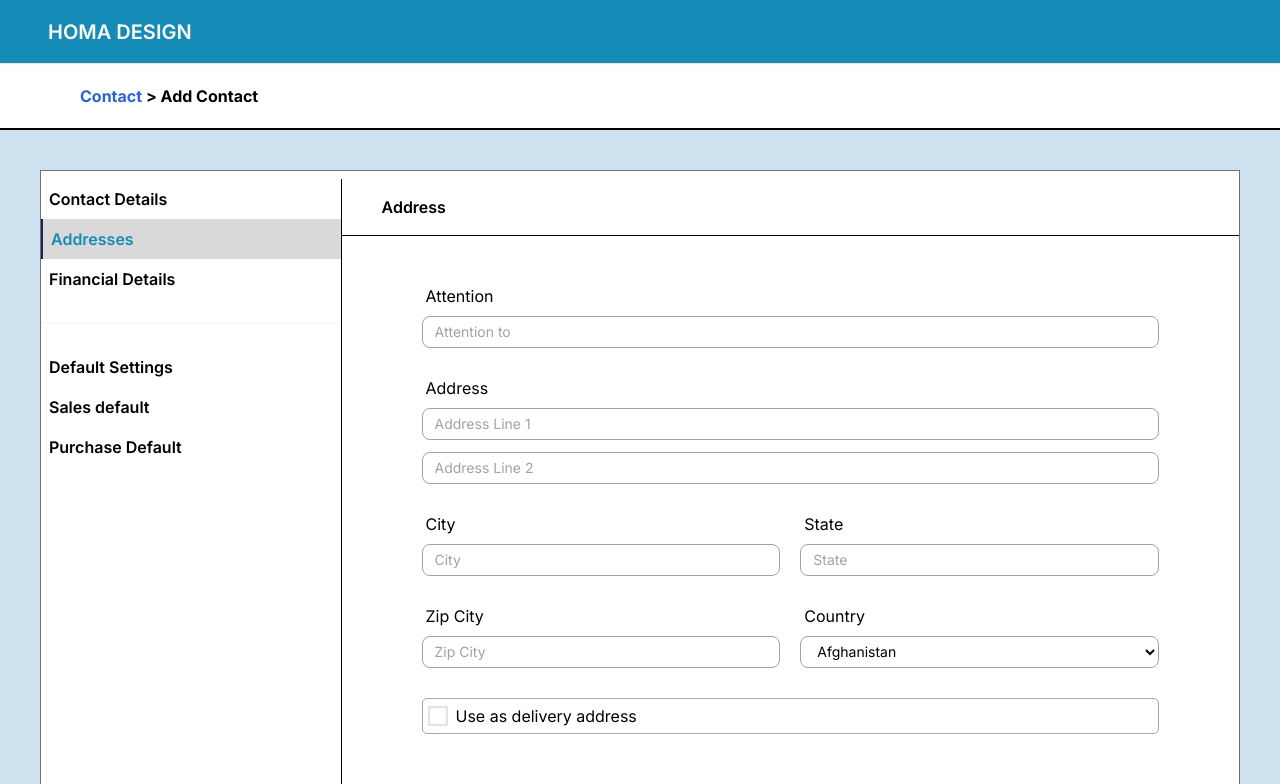
Repository: khairul35/homa-FE
Page: /contact
An editor plug-in stored every save of this project. The page is shown before and after the next save, followed by the edit.
The browser window is 1280 px wide. The pictures show the whole page.
An inner scrolling area shows only its first screen. The project was rebuilt for these pictures with package versions that can differ from the ones it lists, and the page was loaded fresh each time. The framework's server and built-in components were replaced by stand-ins that run in the browser. Also part of the build but not shown: next.config.js, app/components/layout/header/BusinessMenu.tsx, app/components/layout/header/CompanyMenu.tsx, app/contact/index.component.tsx, app/contact/form/contact-details/index.module.css, app/contact/form/contact-details/index.component.tsx, app/contact/form/contact-details/index.tsx.

Above is the page before, as saved 2024-01-07 21:29:51.

### app/layout.tsx
import type { Metadata } from 'next'
import { Inter } from 'next/font/google'
import Header from './components/layout/Header';
import './globals.css'

const inter = Inter({ subsets: ['latin'] })

export const metadata: Metadata = {
  title: 'MyAccount2U',
  description: 'Accounting System',
}

export default function RootLayout({
  children,
}: {
  children: React.ReactNode
}) {
  return (
    <html lang="en">
      <body className={inter.className}>
        <div className='flex flex-col h-screen'>
          <Header />
          {children}
        </div>
      </body>
    </html>
  )
}

### app/contact/page.tsx
'use client';
import { useState } from 'react';
import { ComponentProps, Contact } from './index.props';
import Component from './index.component';
import ContactForm from './form';
import { FormProps } from './form/index.props';

const emptySelectedContact: Contact = {
    id: null,
    name: '',
    accountNumber: '',
    youOwe: null,
    theyOwe: null,
    status: 'Active',
    type: 'Customers',
    website: null,
    registrationNumber: null,
    notes: null,
    isBillingSameAsDelivery: false,
    organizationId: null,
    contactPhoneNumber: [
        {
            countryCode: '+60',
            number: '',
        },
    ],
    contactPrimaryPerson: [
        {
            firstName: '',
            lastName: '',
            email: '',
        },
    ],
};

const Contact = () => {
    const [currentTab, setCurrentTab] = useState('all');
    const [show, setShow] = useState<'list'|'form'>('form');
    const [selectedContact, setSelectedContact] = useState<Partial<Contact>>(emptySelectedContact)
    const selectedStyle = {
        backgroundColor: '#ECECEC',
        borderBottom: '3px solid #158BB8',
    };

    const onClickAddContact = () => {
        setSelectedContact(emptySelectedContact)
        setShow('form');
    };

    // Function to handle changes in contact name or account number
    const handleContactChange = (e: React.ChangeEvent<HTMLInputElement>) => {
        const { name, value } = e.target;
        setSelectedContact({
            ...selectedContact,
            [name]: value,
        });
    };

    // Function to handle changes in primary person's details
    const handlePrimaryPersonChange = (index: number, field: string, value: string) => {
        const updatedPrimaryPersons = [...(selectedContact?.contactPrimaryPerson || [])];
        updatedPrimaryPersons[index] = {
            ...updatedPrimaryPersons[index],
            [field]: value,
        };
        setSelectedContact({
            ...selectedContact,
            contactPrimaryPerson: updatedPrimaryPersons,
        });
    };

    // Function to handle changes in phone number details
    const handlePhoneNumberChange = (index: number, field: string, value: string) => {
        const updatedPhoneNumbers = [...(selectedContact?.contactPhoneNumber || [])];
        updatedPhoneNumbers[index] = {
            ...updatedPhoneNumbers[index],
            [field]: value,
        };
        setSelectedContact({
            ...selectedContact,
            contactPhoneNumber: updatedPhoneNumbers,
        });
    };

    const onSaveDetail = () => {
        console.log(selectedContact);
    };

    const onCancel = () => {
        setShow('list');
    };

    const componentProps: ComponentProps = {
        currentTab,
        selectedStyle,
        setCurrentTab,
        onClickAddContact
    };

    const contactFormProps: FormProps = {
        selectedContact,
        setSelectedContact,
        setShow,
        handleContactChange,
        handlePrimaryPersonChange,
        handlePhoneNumberChange,
        onSaveDetail,
        onCancel,
    };

    if (show == 'list') {
        return (<Component {...componentProps} />);
    }
    if (show == 'form') {
        return (<ContactForm {...contactFormProps} />);
    }
    return(<></>);
};

export default Contact;

### app/contact/form/index.tsx
'use client';

import { useState } from "react";
import Component from "./index.component";
import { ComponentProps, FormProps } from "./index.props";

const ContactForm = (props: FormProps) => {
    const {
        selectedContact,
        setShow,
        setSelectedContact,
        handleContactChange,
        handlePrimaryPersonChange,
        handlePhoneNumberChange,
        onSaveDetail,
        onCancel,
    } = props;

    const [menu, setMenu] = useState<string>('address');

    const onBack = () => {
        setShow('list');
    };

    const addAnotherPerson = () => {
        const arr = selectedContact?.contactPrimaryPerson || [];
        arr.push({
            firstName: '',
            lastName: '',
            email: '',
        });
        const updatedDetail = {
            ...selectedContact,
            ...arr
        };
        setSelectedContact(updatedDetail);
    };

    const addPhoneNumber = () => {
        const arr = selectedContact?.contactPhoneNumber || [];
        arr.push({
            countryCode: '+60',
            number: '',
        });
        const updatedDetail = {
            ...selectedContact,
            ...arr
        };
        setSelectedContact(updatedDetail);
    };
    const componentProps: ComponentProps = {
        menu,
        selectedContact,
        addAnotherPerson,
        addPhoneNumber,
        setMenu,
        onBack,
        handleContactChange,
        handlePrimaryPersonChange,
        handlePhoneNumberChange,
        onSaveDetail,
        onCancel,
    };

    return (<Component {...componentProps} />)
};

export default ContactForm;

### api/organization/index.ts
import repository from "../repository";
import { CreateOrganizationProps, UpdateOrganizationProps } from "./props";

const resource = '/api/organization';

const api = {
    findMyOrganization() {
        return repository.get(`${resource}/me`);
    },
    findMyOrganizations() {
        return repository.get(`${resource}/me/all`);
    },
    createOrganization(body: CreateOrganizationProps) {
        return repository.post(`${resource}`, body);
    },
    updateOrganization(body: UpdateOrganizationProps) {
        return repository.put(`${resource}`, body);
    },
    updateCurrentOrganization(organizationId: number) {
        return repository.put(`${resource}/current-organization/${organizationId}`);
    },
};

export default api;

### app/contact/form/index.component.tsx
import { ComponentProps } from "./index.props"
import styles from './index.module.css';
import ContactDetails from "./contact-details";
import { ContactDetailProps } from "./contact-details/index.props";
import { ContactAddressProps } from "./address/index.props";
import ContactAddress from "./address";

const Component = (props: ComponentProps) => {
    const {
        menu,
        selectedContact,
        addAnotherPerson,
        addPhoneNumber,
        setMenu,
        onBack,
        handleContactChange,
        handlePrimaryPersonChange,
        handlePhoneNumberChange,
        onSaveDetail,
        onCancel,
    } = props;

    const contactDetailProps: ContactDetailProps = {
        contact: selectedContact,
        addAnotherPerson,
        addPhoneNumber,
        handleContactChange,
        handlePrimaryPersonChange,
        handlePhoneNumberChange,
        onSaveDetail,
        onCancel,
    };

    const contactAddressProps: ContactAddressProps = {
        contact: selectedContact,
        onCancel,
    };

    const DetailComponent = () => {
        if (menu == 'details') {
            return (
                <>
                    <ContactDetails { ...contactDetailProps } />
                </>
            );
        }
        if (menu == 'address') {
            return (
                <>
                    <ContactAddress { ...contactAddressProps } />
                </>
            );
        }
        return (<></>)
    }

    return (
        <div className="bg-bg-color min-h-screen overflow-auto pb-5">
            <div className="bg-white border-b-2 border-black">
                <h1 className="pl-20 pt-5 pb-5 text-l font-bold">
                    <a
                        className="text-blue-600 cursor-pointer"
                        onClick={() => onBack()}
                    >
                        Contact
                    </a>
                    &nbsp;&gt; {selectedContact?.id ? selectedContact.name : 'Add Contact'}
                </h1>
            </div>
            <div
                className="flex
                    flex-col
                    md:flex-row
                    bg-white
                    m-10
                    pt-2
                    border-gray-500
                    border-solid
                    border"
                >
                <div className="md:w-1/4 md:order-1">
                    <div
                        className={`p-2 font-semibold cursor-pointer
                            ${styles.menu}
                            ${menu == 'details' ? styles.selectedMenu : ''}`
                        }
                        onClick={() => setMenu('details')}
                    >
                        Contact Details
                    </div>
                    <div
                        className={`p-2 font-semibold cursor-pointer
                            ${styles.menu}
                            ${menu == 'address' ? styles.selectedMenu : ''}`
                        }
                        onClick={() => setMenu('address')}
                    >
                        Addresses
                    </div>
                    <div
                        className={`p-2 font-semibold cursor-pointer
                            ${styles.menu}
                            ${menu == 'financial' ? styles.selectedMenu : ''}`
                        }
                        onClick={() => setMenu('financial')}
                    >
                        Financial Details
                    </div>
                    <div className="divider before:bg--gray-500 after:bg--gray-500"></div>
                    <div
                        className={`p-2 font-semibold cursor-pointer
                            ${styles.menu}
                            ${menu == 'setting' ? styles.selectedMenu : ''}`
                        }
                        onClick={() => setMenu('setting')}
                    >
                        Default Settings
                    </div>
                    <div
                        className={`p-2 font-semibold cursor-pointer
                            ${styles.menu}
                            ${menu == 'sales' ? styles.selectedMenu : ''}`
                        }
                        onClick={() => setMenu('sales')}
                    >
                        Sales default
                    </div>
                    <div
                        className={`p-2 font-semibold cursor-pointer
                            ${styles.menu}
                            ${menu == 'purchase' ? styles.selectedMenu : ''}`
                        }
                        onClick={() => setMenu('purchase')}
                    >
                        Purchase Default
                    </div>
                </div>
                <div className={`md:w-3/4 md:order-2 ${styles.leftDivider}`}>
                    <DetailComponent />
                </div>
            </div>
        </div>
    );
};

export default Component;

### api/repository.ts
import axios from 'axios';
import AuthRepository from './auth';

const repository = axios.create({
    baseURL: 'http://localhost:3000',
});

// Request interceptor to add Bearer token to outgoing requests
repository.interceptors.request.use(
    (config) => {
        const accessToken = localStorage.getItem('accessToken');
        if (accessToken) {
            config.headers.Authorization = `Bearer ${accessToken}`;
        }
        return config;
    },
    (error) => {
        return Promise.reject(error);
    }
);

let isRefreshing = false;
let failedQueue: any = [];

// Function to refresh the session and retry failed requests
async function retryFailedRequests(error: any) {
    if (isRefreshing) {
        try {
            const { data } = await AuthRepository.refreshToken();
            localStorage.setItem('accessToken', data.accessToken);
            localStorage.setItem('refreshToken', data.refreshToken);
            localStorage.setItem('isLogin', 'true');
            failedQueue.forEach((prom: any) => {
                prom.resolve(repository(prom.originalRequest));
            });
            failedQueue = [];
        } catch (error) {
            localStorage.setItem('isLogin', 'false');
            window.location.href = '/login';
            failedQueue.forEach((prom: any) => {
                prom.reject(error);
            });
            failedQueue = [];
        } finally {
            isRefreshing = false;
        }
    }
}

// Response interceptor to handle failed requests due to expired tokens
repository.interceptors.response.use(
    (response) => response,
    async (error) => {
        const {
            config,
            response: { status },
        } = error;

        if (status === 401) {
            const originalRequest = config;
            if (!isRefreshing) {
                isRefreshing = true;
                return new Promise((resolve, reject) => {
                    failedQueue.push({ resolve, reject, originalRequest });
                    retryFailedRequests(error);
                }).then((res) => {
                    return res;
                }).catch((err) => {
                    return Promise.reject(err);
                });
            } else {
                return new Promise((resolve, reject) => {
                    failedQueue.push({ resolve, reject, originalRequest });
                }).then((res) => {
                    return res;
                }).catch((err) => {
                    return Promise.reject(err);
                });
            }
        }
        return Promise.reject(error.response);
    }
);

export default repository;

### app/contact/form/index.module.css
.selectedMenu {
    background: #D9D9D9;
    color: #158BB8;
    border-left: 2px solid #192159 !important;
}

.menu:hover {
    background: #ececec;
    color: #158BB8;
    border-left: 2px solid #192059a1 !important;
}

.leftDivider {
    border-left: 1px solid #000;
}

### app/contact/form/address/index.tsx
'use client';

import Component from "./index.component";
import { ComponentProps, ContactAddressProps } from "./index.props";

const ContactAddress = (props: ContactAddressProps) => {
    const { contact, onCancel } = props;

    const componentProps: ComponentProps = {
        onCancel,
        contact,
    };

    return <Component {...componentProps} />
};

export default ContactAddress;

### api/auth.ts
import repository from "./repository";

const resource = "/api/auth";

const api = {
    login(username: string, password: string) {
        return repository.post(
            `${resource}/login`,
            { username, password },
        );
    },
    refreshToken() {
        return repository.post(
            `${resource}/refreshToken`,
            { refreshToken: localStorage.getItem('refreshToken') },
        );
    },
    logout() {
        return repository.post(`${resource}/logout`);
    },
    logoutAllDevice() {
        return repository.post(`${resource}/logout/all-device`);
    },
};

export default api;

### app/contact/form/address/index.component.tsx
import { ComponentProps } from "./index.props";
import styles from './index.module.css';
import countries from '@/constant/Country.json';

const Component = (props: ComponentProps) => {
    const {contact, onCancel } = props;

    const labelClass = "input-sm input input-bordered  bg-white border-gray-400 w-full"

    const FakeCheckBox = () => {
        if (contact?.isBillingSameAsDelivery) {
            return (
                <svg xmlns="http://www.w3.org/2000/svg" width="20" height="20" viewBox="0 0 30 30" fill="none">
                    <rect width="30" height="30" rx="5" fill="#158BB8"/>
                    <path fill-rule="evenodd" clip-rule="evenodd" d="M21.6894 9C21.3155 9 20.9817 9.14689 20.7413 9.38727L12.3416 17.8003L9.28354 14.7289C9.04316 14.4885 8.70931 14.3416 8.3354 14.3416C7.60093 14.3416 7 14.9425 7 15.677C7 16.0509 7.14689 16.3848 7.38727 16.6251L11.3935 20.6313C11.6338 20.8717 11.9677 21.0186 12.3416 21.0186C12.7155 21.0186 13.0494 20.8717 13.2897 20.6313L22.6376 11.2835C22.8779 11.0432 23.0248 10.7093 23.0248 10.3354C23.0248 9.60093 22.4239 9 21.6894 9Z" fill="white"/>
                </svg>
            );
            }
            return (<FakeEmptyCheckBox />);
    };

    const FakeEmptyCheckBox = () => {
        return (
            <svg xmlns="http://www.w3.org/2000/svg" width="20" height="20" viewBox="0 0 30 30" fill="none">
                <rect width="30" height="30" rx="5" fill="white" stroke="#D1D5DB" strokeWidth="1.5" />
                <rect x="1.75" y="1.75" width="26.5" height="26.5" rx="3.25" stroke="#D1D5DB" strokeWidth="1.5" />
            </svg>
        );
    };

    return (
        <div>
            <h2 className="p-4 pl-10 font-semibold">Address</h2>
            <div className={styles.divider}></div>
            <div className="p-5 lg:pl-20 lg:pr-20">
                <form method="dialog">
                    <label className="label mt-5">Attention</label>
                    <input
                        placeholder="Attention to"
                        className={labelClass}
                    />

                    <label className="label mt-5">Address</label>
                    <input
                        placeholder="Address Line 1"
                        className={labelClass}
                    />
                    <input
                        placeholder="Address Line 2"
                        className={`mt-3 ${labelClass}`}
                    />
                    <div className="flex flex-wrap justify-center md:justify-start gap-5">
                        <div className="w-full md:w-[calc(50%-10px)]">
                            <label className="label mt-5">City</label>
                            <input
                                placeholder="City"
                                className={labelClass}
                            />
                        </div>
                        <div className="w-full md:w-[calc(50%-10px)]">
                            <label className="label mt-5">State</label>
                            <input
                                placeholder="State"
                                className={labelClass}
                            />
                        </div>
                    </div>
                    <div className="flex flex-wrap justify-center md:justify-start gap-5">
                        <div className="w-full md:w-[calc(50%-10px)]">
                            <label className="label mt-5">Zip City</label>
                            <input
                                placeholder="Zip City"
                                className={labelClass}
                            />
                        </div>
                        <div className="w-full md:w-[calc(50%-10px)]">
                            <label className="label mt-5">Country</label>
                                <select
                                    placeholder="Country"
                                    className={labelClass}
                                >
                                    {
                                        countries.map((e) => (
                                            <option key={e.isoCode} value={e.name}>
                                                { e.name }
                                            </option>
                                        ))
                                    }
                                </select>
                        </div>
                    </div>
                    <div className={styles.billingIsDeliveryCheckBox}>
                        <label className="flex items-center cursor-pointer">
                            <FakeCheckBox />
                            <span className="ml-2">Use as delivery address</span>
                        </label>
                    </div>
                </form>
            </div>
        </div>
    )
};

export default Component;

### app/contact/form/address/index.module.css
.divider {
    border-bottom: 1px solid #000;
}

.addAnotherPersonAnchor {
    color: #158BB8;
    padding: 5px;
    margin-top: 20px;
    cursor: pointer;
    font-weight: bold;
}

.billingIsDeliveryCheckBox {
    border-radius: 5px;
    border: 1px solid #a9a6a6;
    background: #FFF;
    margin-top: 30px;
    margin-bottom: 30px;
    padding: 5px;
}

.billingIsDeliveryCheckBox:hover {
    background: #f4f4f4;
}

### tailwind.config.ts
import type { Config } from 'tailwindcss'

const config: Config = {
  content: [
    './pages/**/*.{js,ts,jsx,tsx,mdx}',
    './components/**/*.{js,ts,jsx,tsx,mdx}',
    './app/**/*.{js,ts,jsx,tsx,mdx}',
  ],
  theme: {
    extend: {
      backgroundImage: {
        'gradient-radial': 'radial-gradient(var(--tw-gradient-stops))',
        'gradient-conic':
          'conic-gradient(from 180deg at 50% 50%, var(--tw-gradient-stops))',
      },
      backgroundColor: {
        'bg-color': '#CEE1EE', // Define a custom background color class
      },
      button: {
        'primary': '#158BB8',
      },
      fontWeight: {
        'label': '600',
      },
    },
  },
  plugins: [require("daisyui")],
  daisyui: {
    themes: [
      {
        mytheme: {
          "primary": "#158BB8",
          "secondary": "#d926a9",
          "accent": "#1fb2a6",
          "neutral": "#2a323c",
          "base-100": "#1d232a",
          "info": "#3abff8",
          "success": "#36d399",
          "warning": "#fbbd23",
          "error": "#f87272",
        },
      },
    ],
  },
}
export default config

Loaded but not shown: app/globals.css (common file); constant/Country.json (4142 lines, source omitted); app/components/layout/Header.tsx (150 lines, source omitted)

After the next save:
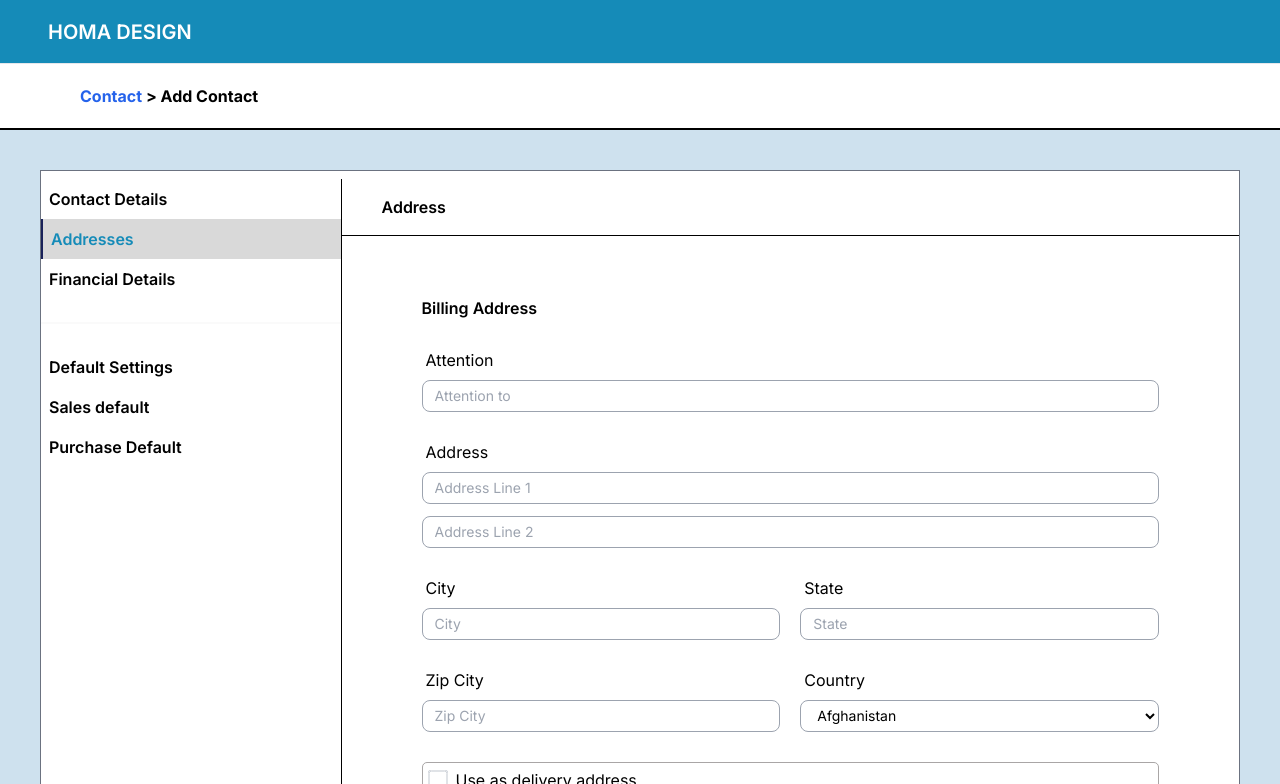
Saved 46 s later.
--- a/app/contact/form/address/index.component.tsx
+++ b/app/contact/form/address/index.component.tsx
@@ -34,6 +34,7 @@ const Component = (props: ComponentProps) => {
             <div className={styles.divider}></div>
             <div className="p-5 lg:pl-20 lg:pr-20">
                 <form method="dialog">
+                    <h2 className="pt-10 font-semibold">Billing Address</h2>
                     <label className="label mt-5">Attention</label>
                     <input
                         placeholder="Attention to"
